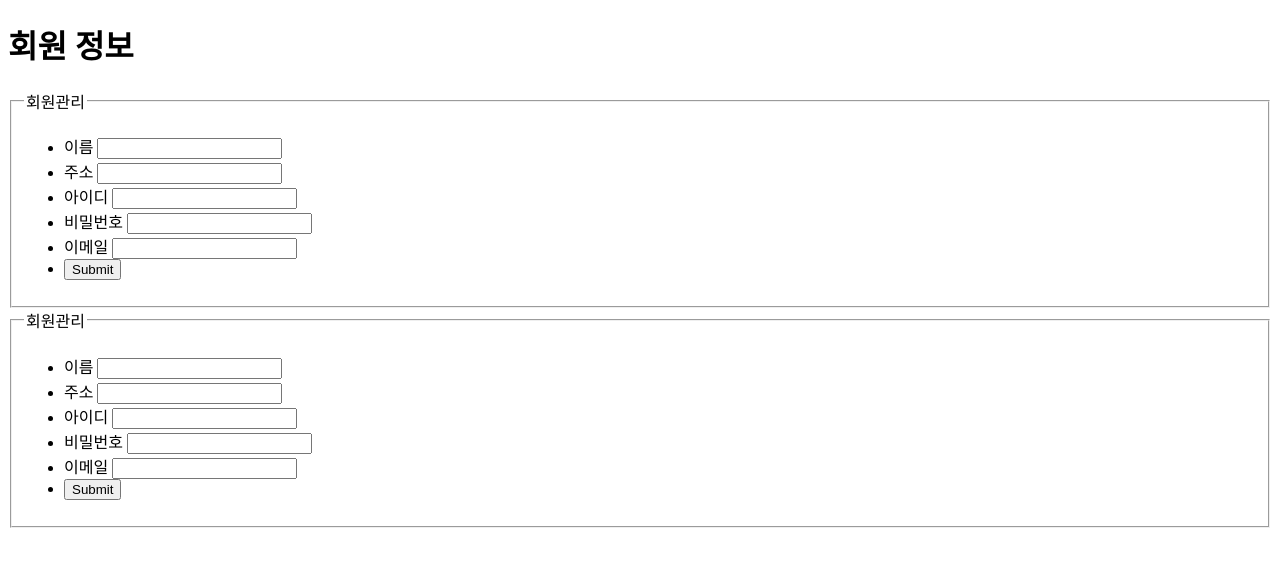
Repository: kr1124/jsp
Page: http://localhost/ServletProject/memberForm.jsp
The author's editor kept a copy of each file at every save. The page is drawn from the files as they stood at one save, then again after the next save.
The browser window is 1280 px wide. The pictures show the whole page.
The page is served by Tomcat 9. Other server files are loaded and not shown.

Above is the page before, as saved 2024-12-03 00:59:59.

### ServletProject/src/main/webapp/memberForm.jsp
<%@ page language="java" contentType="text/html; charset=UTF-8"
    pageEncoding="UTF-8"%>
<!DOCTYPE html>
<html>
<head>
<meta charset="UTF-8">
<title></title>
</head>
<body>
    <h1>회원 정보</h1>
    <form action="Member" method="post">
        <fieldset>
            <legend>회원관리</legend>
            <ul>
                <li>
                    <label>이름</label>
                    <input type="text" name="username">
                </li>
                <li>
                    <label>주소</label>
                    <input type="text" name="address">
                </li>
                <li>
                    <label>아이디</label>
                    <input type="text" name="userid">
                </li>
                <li>
                    <label>비밀번호</label>
                    <input type="password" name="passwd">
                </li>
                <li>
                    <label>이메일</label>
                    <input type="email" name="email">
                </li>
                <li>
                    <input type="submit" name="회원가입">
                </li>
            </ul>
        </fieldset>

    </form>

    <form action="Hello" method="post">
        <fieldset>
            <legend>회원관리</legend>
            <ul>
                <li>
                    <label>이름</label>
                    <input type="text" name="username">
                </li>
                <li>
                    <label>주소</label>
                    <input type="text" name="address">
                </li>
                <li>
                    <label>아이디</label>
                    <input type="text" name="userid">
                </li>
                <li>
                    <label>비밀번호</label>
                    <input type="password" name="passwd">
                </li>
                <li>
                    <label>이메일</label>
                    <input type="email" name="email">
                </li>
                <li>
                    <input type="submit" name="회원가입">
                </li>
            </ul>
        </fieldset>

    </form>
</body>
</html>

After the next save:
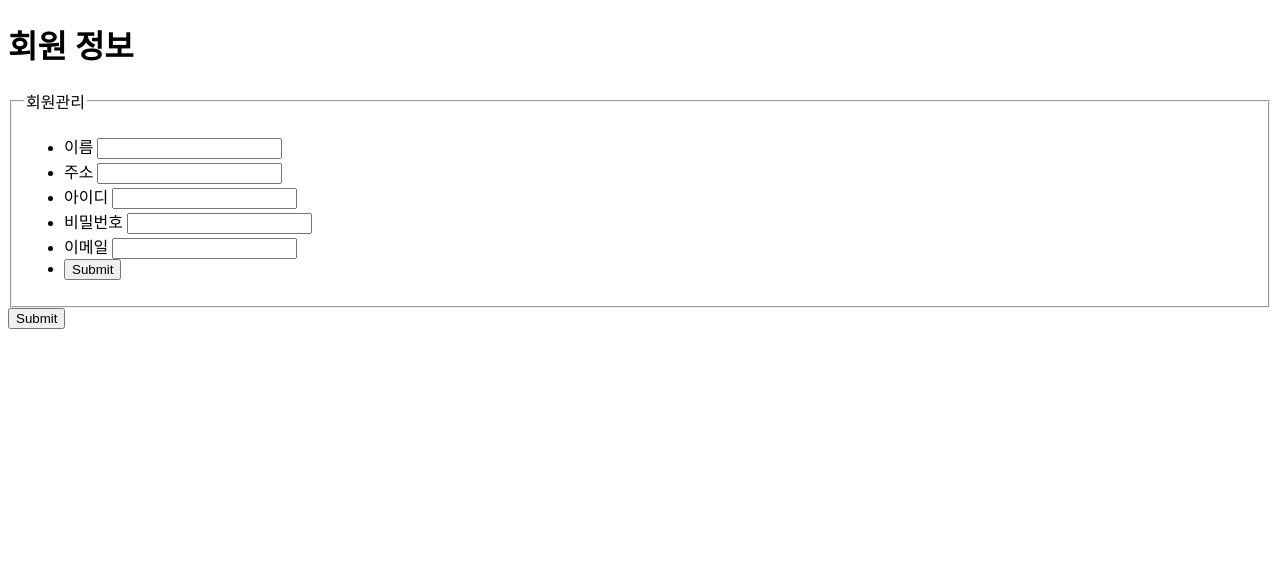
Saved 16 s later.
--- a/ServletProject/src/main/webapp/memberForm.jsp
+++ b/ServletProject/src/main/webapp/memberForm.jsp
@@ -41,34 +41,8 @@
     </form>
 
     <form action="Hello" method="post">
-        <fieldset>
-            <legend>회원관리</legend>
-            <ul>
-                <li>
-                    <label>이름</label>
-                    <input type="text" name="username">
-                </li>
-                <li>
-                    <label>주소</label>
-                    <input type="text" name="address">
-                </li>
-                <li>
-                    <label>아이디</label>
-                    <input type="text" name="userid">
-                </li>
-                <li>
-                    <label>비밀번호</label>
-                    <input type="password" name="passwd">
-                </li>
-                <li>
-                    <label>이메일</label>
-                    <input type="email" name="email">
-                </li>
-                <li>
-                    <input type="submit" name="회원가입">
-                </li>
-            </ul>
-        </fieldset>
+
+		<input type="submit" name="회원가입">
 
     </form>
 </body>
